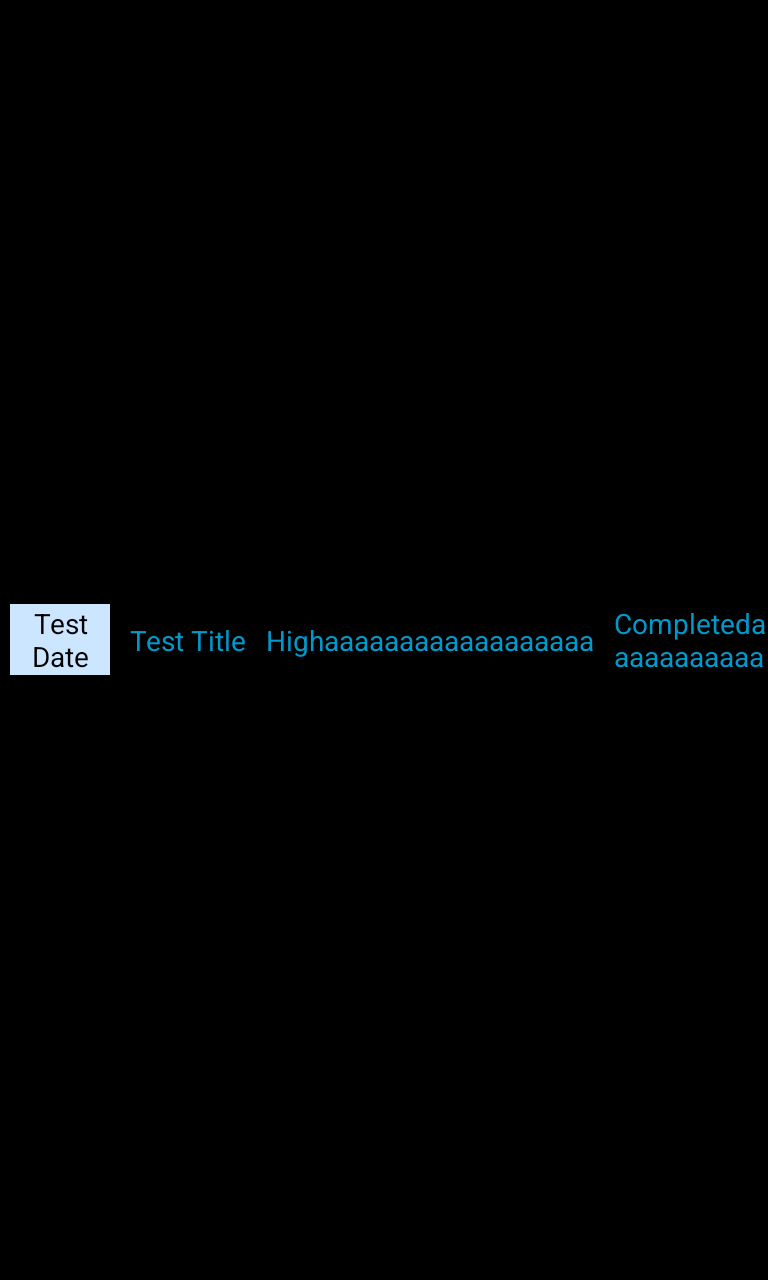
Repository: titango/androidass1
Layout: uTask/res/layout/task_list_item.xml
The author's editor kept a copy of each file at every save. The layout is drawn from the files as they stood at one save, then again after the next save.
It is drawn on a 768 x 1280 px phone screen (xhdpi) without system bars, with theme NoActionBar; the app's code is not run.

Above is the layout before, as saved 2013-03-31 23:39:04.

After the next save:
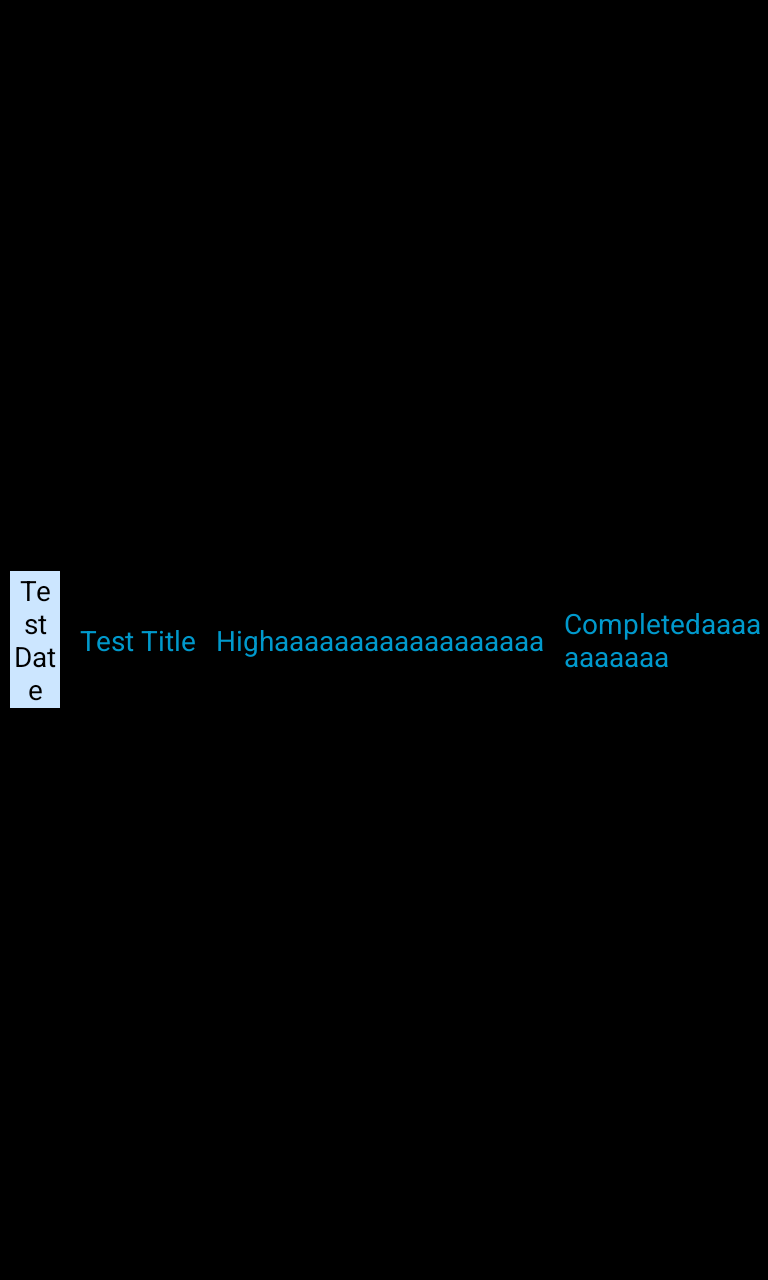
Saved 25 s later.
--- a/uTask/res/layout/task_list_item.xml
+++ b/uTask/res/layout/task_list_item.xml
@@ -9,7 +9,7 @@
 
     <TextView
         android:id="@+id/task_list_item_date"
-        android:layout_width="50dp"
+        android:layout_width="25dp"
         android:layout_height="wrap_content"
         android:background="@color/lightblue"
         android:gravity="center"

After the save that followed:
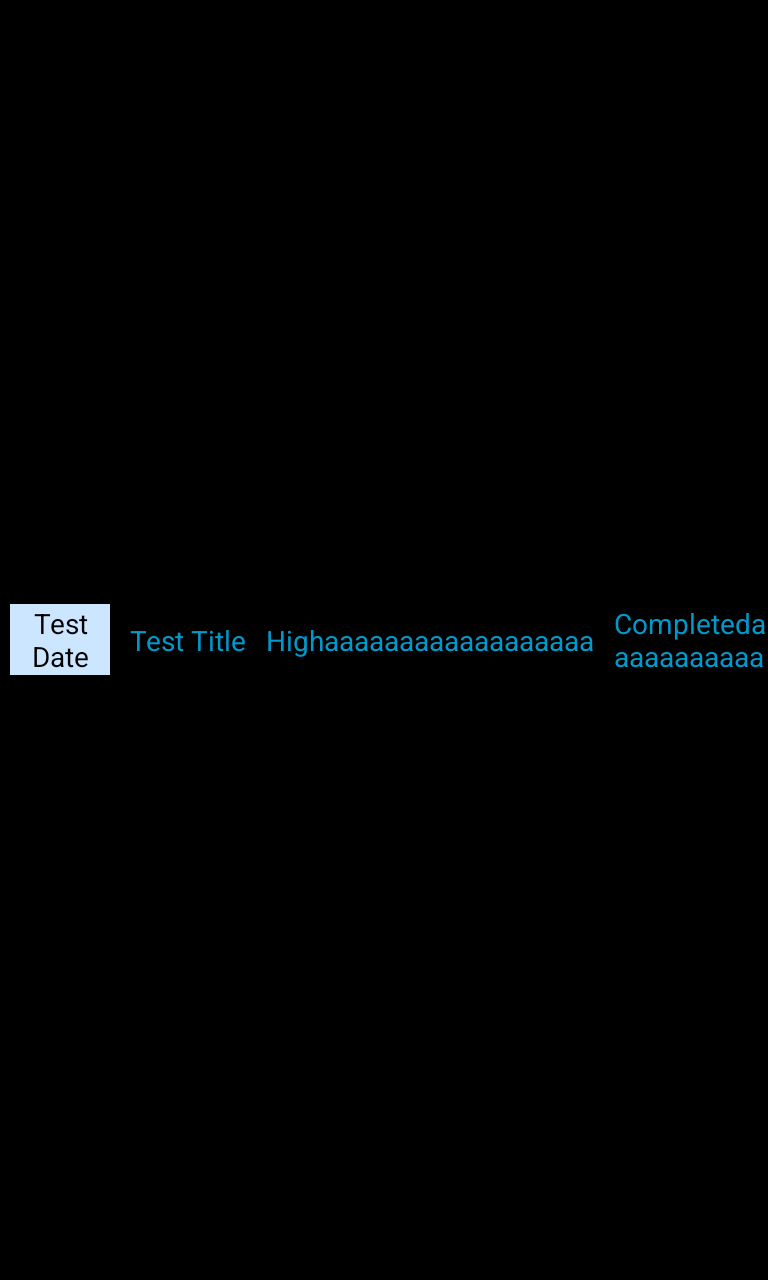
Saved 7 s later.
--- a/uTask/res/layout/task_list_item.xml
+++ b/uTask/res/layout/task_list_item.xml
@@ -9,7 +9,7 @@
 
     <TextView
         android:id="@+id/task_list_item_date"
-        android:layout_width="25dp"
+        android:layout_width="50dp"
         android:layout_height="wrap_content"
         android:background="@color/lightblue"
         android:gravity="center"
